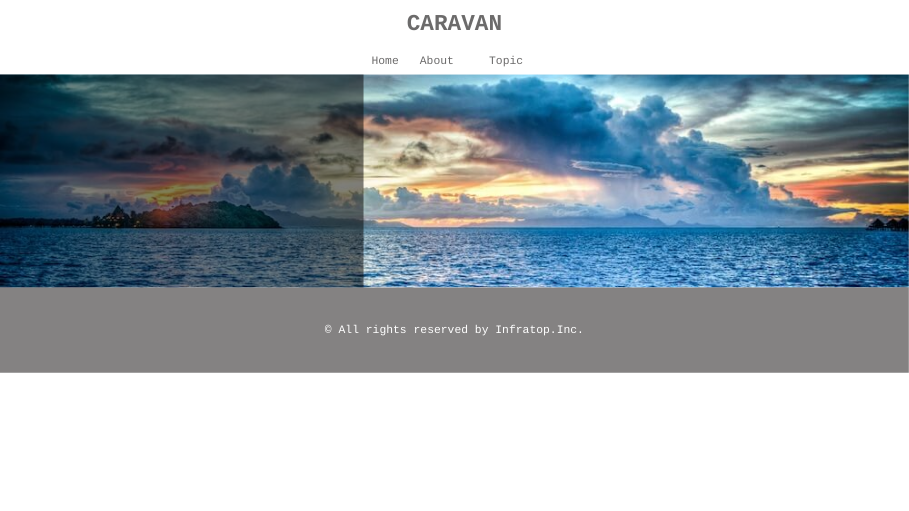
Repository: cacaobucks/git-practice
Page: caravan/index.html
The author's editor kept a record of every edit. The page is drawn from the files as they stood at one moment, then again after the next edit.
The browser window is 1280 px wide. The pictures show the whole page, at 71% of full size.

Above is the page before.

After the next edit:
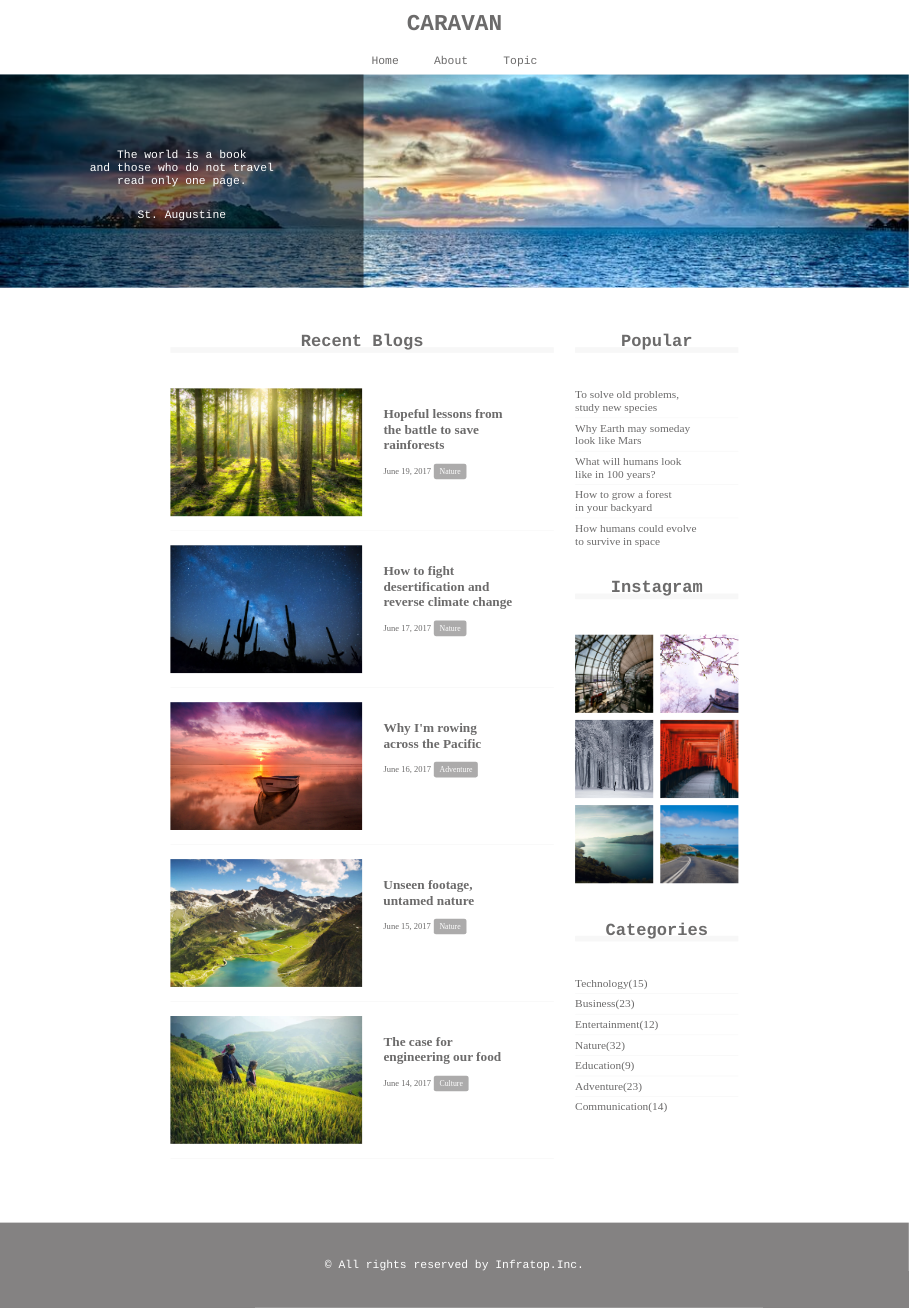
The edit:
--- a/caravan/index.html
+++ b/caravan/index.html
@@ -8,16 +8,18 @@
   </head>
 
   <body>
-  <header>
-     <h1 class="heading">
+    <!-- header -->
+    <header>
+      <h1 class="heading">
         <a href="index.html">
           CARAVAN
         </a>
-     </h1>
-  </header>
- <!-- navigation -->
+      </h1>
+    </header>
+
+    <!-- navigation -->
     <nav>
-      <ul class="nav-list"
+      <ul class="nav-list">
         <li class="nav-list-item">
           <a href="index.html">Home</a>
         </li>
@@ -28,16 +30,131 @@
 
     <!-- main-visual用のdiv -->
     <div class="main-visual">
-      <div class="main-visual-content"></div>
+      <div class="main-visual-content">
+        <p class="main-visual-text">
+          The world is a book<br>
+          and those who do not travel<br>
+          read only one page.
+        </p>
+        <p class="main-visual-name">
+          St. Augustine
+        </p>
+      </div>
     </div>
 
     <!-- main用のdiv -->
-    <div class="main">
-      <div class="blog"></div>
-      <div class="sidebar"></div>
-    </div>
+    <main>
+      <section class="blog">
+        <h2 class="blog-heading">Recent Blogs</h2>
+        <div class="blog-box">
+          <div class="blog-item">
+            <img class="blog-image" src="img/forest.jpg" />
+            <section class="blog-text">
+              <h3 class="blog-text-heading">
+                <a href="single.html">
+                  Hopeful lessons from<br>
+                  the battle to save<br>
+                  rainforests
+                </a>
+              </h3>
+              <p class="blog-date">June 19, 2017</p>
+              <span class="category">Nature</span>
+            </section>
+          </div>
+          <div class="blog-item">
+            <img class="blog-image" src="img/desert.jpg" />
+            <section class="blog-text">
+              <h3 class="blog-text-heading">
+                <a href="single.html">
+                  How to fight<br>
+                  desertification and<br>
+                  reverse climate change
+                </a>
+              </h3>
+              <p class="blog-date">June 17, 2017</p>
+              <span class="category">Nature</span>
+            </section>
+          </div>
+          <div class="blog-item">
+            <img class="blog-image" src="img/sunset.jpg" />
+            <section class="blog-text">
+              <h3 class="blog-text-heading">
+                <a href="single.html">
+                  Why I'm rowing<br>
+                  across the Pacific
+                </a>
+              </h3>
+              <p class="blog-date">June 16, 2017</p>
+              <span class="category">Adventure</span>
+            </section>
+          </div>
+          <div class="blog-item">
+            <img class="blog-image" src="img/italy.jpg" />
+            <section class="blog-text">
+              <h3 class="blog-text-heading">
+                <a href="single.html">
+                  Unseen footage,<br>
+                  untamed nature
+                </a>
+              </h3>
+              <p class="blog-date">June 15, 2017</p>
+              <span class="category">Nature</span>
+            </section>
+          </div>
+          <div class="blog-item">
+            <img class="blog-image" src="img/asia.jpg" />
+            <section class="blog-text">
+              <h3 class="blog-text-heading">
+                <a href="single.html">
+                  The case for<br>
+                  engineering our food
+                </a>
+              </h3>
+              <p class="blog-date">June 14, 2017</p>
+              <span class="category">Culture</span>
+            </section>
+          </div>
+        </div>
+      </section>
+      <div class="sidebar">
+        <section class="popular">
+          <h2 class="popular-heading common-heading">Popular</h2>
+          <div class="sidebar-contents">
+            <p class="popular-text">To solve old problems,<br>study new species</p>
+            <p class="popular-text">Why Earth may someday<br>look like Mars</p>
+            <p class="popular-text">What will humans look<br>like in 100 years?</p>
+            <p class="popular-text">How to grow a forest<br>in your backyard</p>
+            <p class="popular-text">How humans could evolve<br>to survive in space</p>
+          </div>
+        </section>
+        <section class="instagram">
+          <h2 class="instagram-heading common-heading">Instagram</h2>
+          <div class="sidebar-contents">
+            <div class="instagram-box"></div>
+            <div class="instagram-box"></div>
+            <div class="instagram-box"></div>
+            <div class="instagram-box"></div>
+            <div class="instagram-box"></div>
+            <div class="instagram-box"></div>
+          </div>
+        </section>
+        <section class="categories">
+          <h2 class="categories-heading common-heading">Categories</h2>
+          <div class="sidebar-contents">
+            <p class="categories-text">Technology(15)</p>
+            <p class="categories-text">Business(23)</p>
+            <p class="categories-text">Entertainment(12)</p>
+            <p class="categories-text">Nature(32)</p>
+            <p class="categories-text">Education(9)</p>
+            <p class="categories-text">Adventure(23)</p>
+            <p class="categories-text">Communication(14)</p>
+          </div>
+        </section>
+      </div>
+      </div>
+    </main>
 
-     <!-- footer -->
+    <!-- footer -->
     <footer>
       <p class="footer-text">© All rights reserved by Infratop.Inc.</p>
     </footer>
